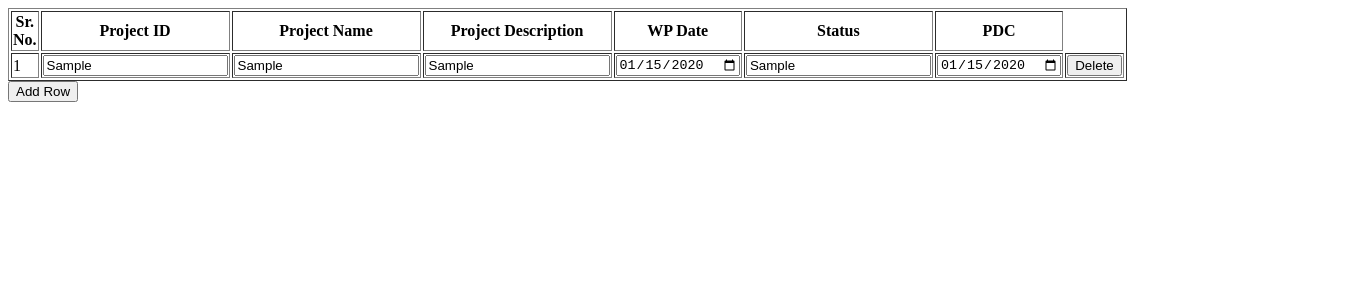
Repository: AdarshK062/BasicServlet
Page: http://localhost/Project1/index2.jsp
These files come from the project's save history. The page is drawn as it stood at one moment and after the next save; the edit follows.
The browser window is 1280 px wide. The page is 1280 px wide, then 1350 px, so the pictures cover 1350 px, including what lies to the right of the window. The pictures show the whole page.
Empty fields were first filled with sample values (such as "Sample", 5 or name@example.com).
After loading, the first visible `input[onclick="addRow('dataTable')"]` was clicked once.
The page is served by Tomcat 9. Other server files are loaded and not shown.

Above is the page before, as saved 2021-03-28 20:01:31.
Console error: ReferenceError: addRow is not defined

### Project1/WebContent/index2.jsp
<%@ page language="java" contentType="text/html; charset=ISO-8859-1"
    pageEncoding="ISO-8859-1"%>
<!DOCTYPE html>
<html>
<head>
<meta charset="ISO-8859-1">
<title>Insert title here</title>
</head>
<body>
<%@ page import="BasicServlet.*" %>
<%
HttpSession s= request.getSession(true);
Employee emp=(Employee) s.getAttribute("emp");
DBConnect db=(DBConnect)s.getAttribute("db");
%>

	<TABLE id="dataTable" border="1">
		<TR>
			<TH>Sr.<br> No.</TH>
			<TH>Project ID</TH>
			<TH>Project Name</TH>
			<TH>Project Description</TH>
			<TH>WP Date</TH>
			<TH>Status</TH>
			<TH>PDC</TH>
		</TR>
		<TR>
			<TD>1</TD>
			<TD><input type="text" value="" name="projectId1"></TD>
			<TD><input type="text" value="" name="projectName1"></TD>
			<TD><input type="text" value="" name="projectDesc1"></TD>
			<TD><input type="date" value="" name="WPDate1"></TD>
			<TD><input type="text" value="" name="status1"></TD>
			<TD><input type="date" value="" name="PDC1"></TD>
			<TD><input type="button" name="button1" value="Delete" onclick="removeRow('button1')"></TD>
		</TR>
	</TABLE>
	<INPUT type="button" value="Add Row" onclick="addRow('dataTable')" />
</body>
</html>

After the next save:
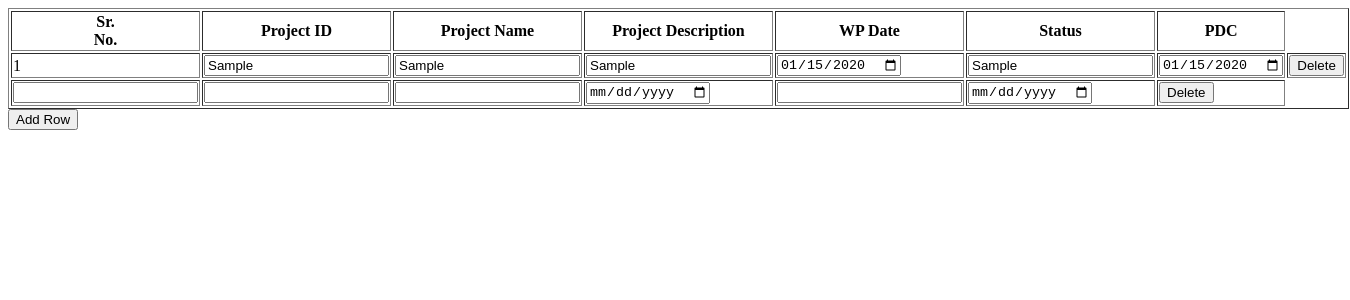
The error is gone.
Saved 14 min 42 s later.
--- a/Project1/WebContent/index2.jsp
+++ b/Project1/WebContent/index2.jsp
@@ -13,6 +13,83 @@ HttpSession s= request.getSession(true);
 Employee emp=(Employee) s.getAttribute("emp");
 DBConnect db=(DBConnect)s.getAttribute("db");
 %>
+
+<script>
+	function addRow(tableID) {
+        var table = document.getElementById(tableID);
+        var rowCount = table.rows.length;
+        var row = table.insertRow(rowCount);
+
+        var cell1 = row.insertCell(0);
+        var cell2 = row.insertCell(1);
+        var cell3 = row.insertCell(2);
+        var cell4 = row.insertCell(3);
+        var cell5 = row.insertCell(4);
+        var cell6 = row.insertCell(5);
+        var cell7 = row.insertCell(6);
+
+        var element1 = document.createElement("input");
+        element1.type = "text";
+        element1.setAttribute('value', '');
+        element1.setAttribute('name', 'projectId'+(rowCount+1));
+        cell1.appendChild(element1);
+
+        var element2 = document.createElement("input");
+        element2.type = "text";
+        element2.setAttribute('value', '');
+        element2.setAttribute('name', 'projectName'+(rowCount+1));
+        cell2.appendChild(element2);
+
+        var element3 = document.createElement("input");
+        element3.type = "text";
+        element3.setAttribute('value', '');
+        element3.setAttribute('name', 'projectDesc'+(rowCount+1));
+        cell3.appendChild(element3);
+
+        var element4 = document.createElement("input");
+        element4.type = "date";
+        element4.setAttribute('name', 'WPDate'+(rowCount+1));
+        cell4.appendChild(element4);
+
+        var element5 = document.createElement("input");
+        element5.type = "text";
+        element5.setAttribute('value', '');
+        element5.setAttribute('name', 'status'+(rowCount+1));
+        cell5.appendChild(element5);
+
+        var element6 = document.createElement("input");
+        element6.type = "date";
+        element6.setAttribute('name', 'PDC'+(rowCount+1));
+        cell6.appendChild(element6);
+
+        var element7 = document.createElement("input");
+        element7.type = "button";
+        element7.name = "button"+(rowCount + 1);
+        element7.setAttribute('value', 'Delete');
+        element7.onclick = function () { removeRow(btnName); }
+        cell7.appendChild(element7);
+    }
+    function removeRow(btnName) {
+        try {
+            var table = document.getElementById('dataTable');
+            var rowCount = table.rows.length;
+            for(var i = 0; i < rowCount; i++){
+                var row = table.rows[i];
+                var rowrowObj = row.cells[0].childNodes[0];
+                if (rowObj.name == btnName) {
+                    table.deleteRow(i);
+                    rowCount--;
+                    break;
+                }
+            }
+        }
+        catch (e) {
+            alert(e);
+        }
+    }
+</SCRIPT>
+
+
 
 	<TABLE id="dataTable" border="1">
 		<TR>
